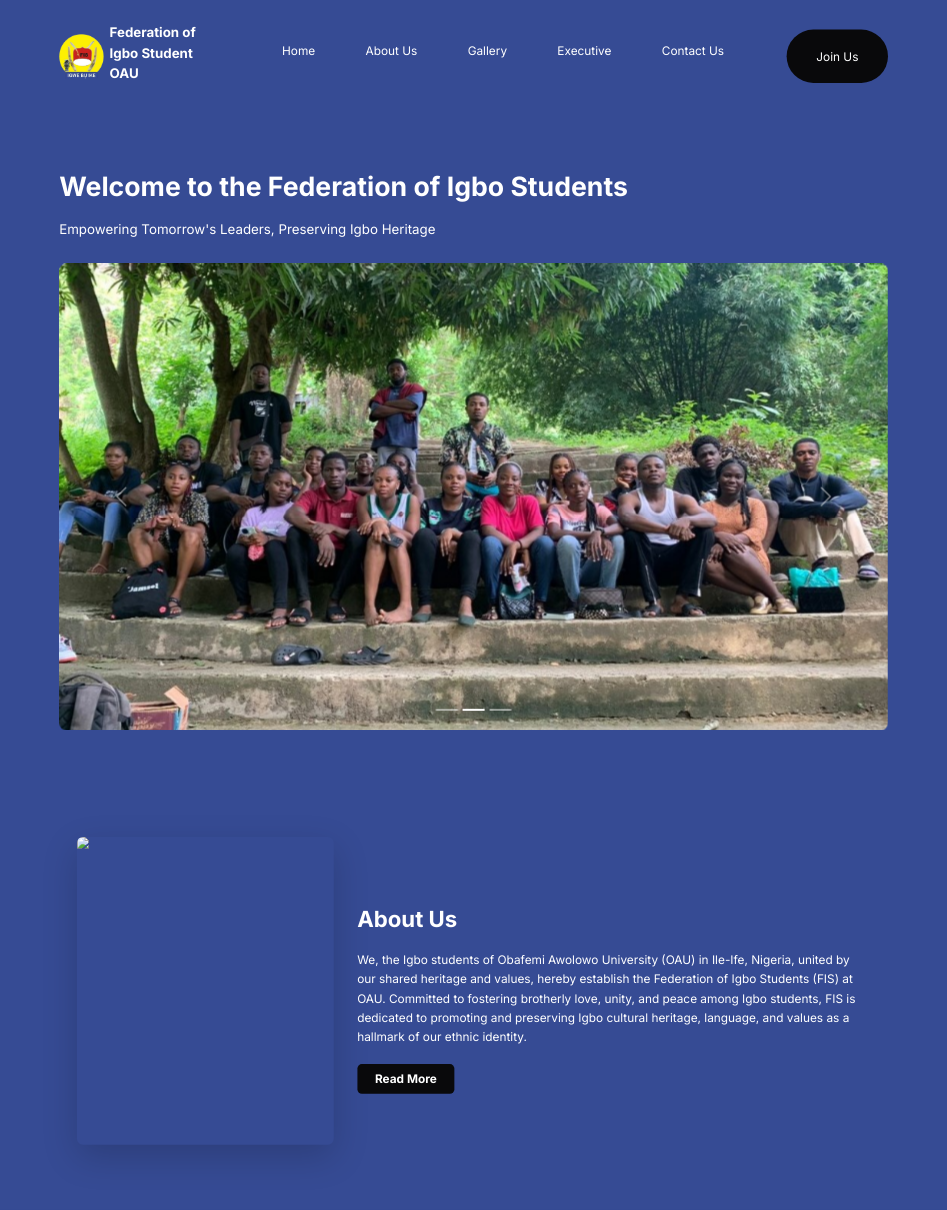
Repository: akinolapo/fis
Page: /
The author's editor kept a copy of each file at every save. The page is drawn from the files as they stood at one save, then again after a run of saves.
The browser window is 1280 px wide. The pictures show the whole page, at 74% of full size.
The project was rebuilt for these pictures with package versions that can differ from the ones it lists, and the page was loaded fresh each time. The framework's server and built-in components were replaced by stand-ins that run in the browser. Also part of the build but not shown: next.config.mjs.

Above is the page before, as saved 2024-05-05 16:18:31.

After the next 3 saves:
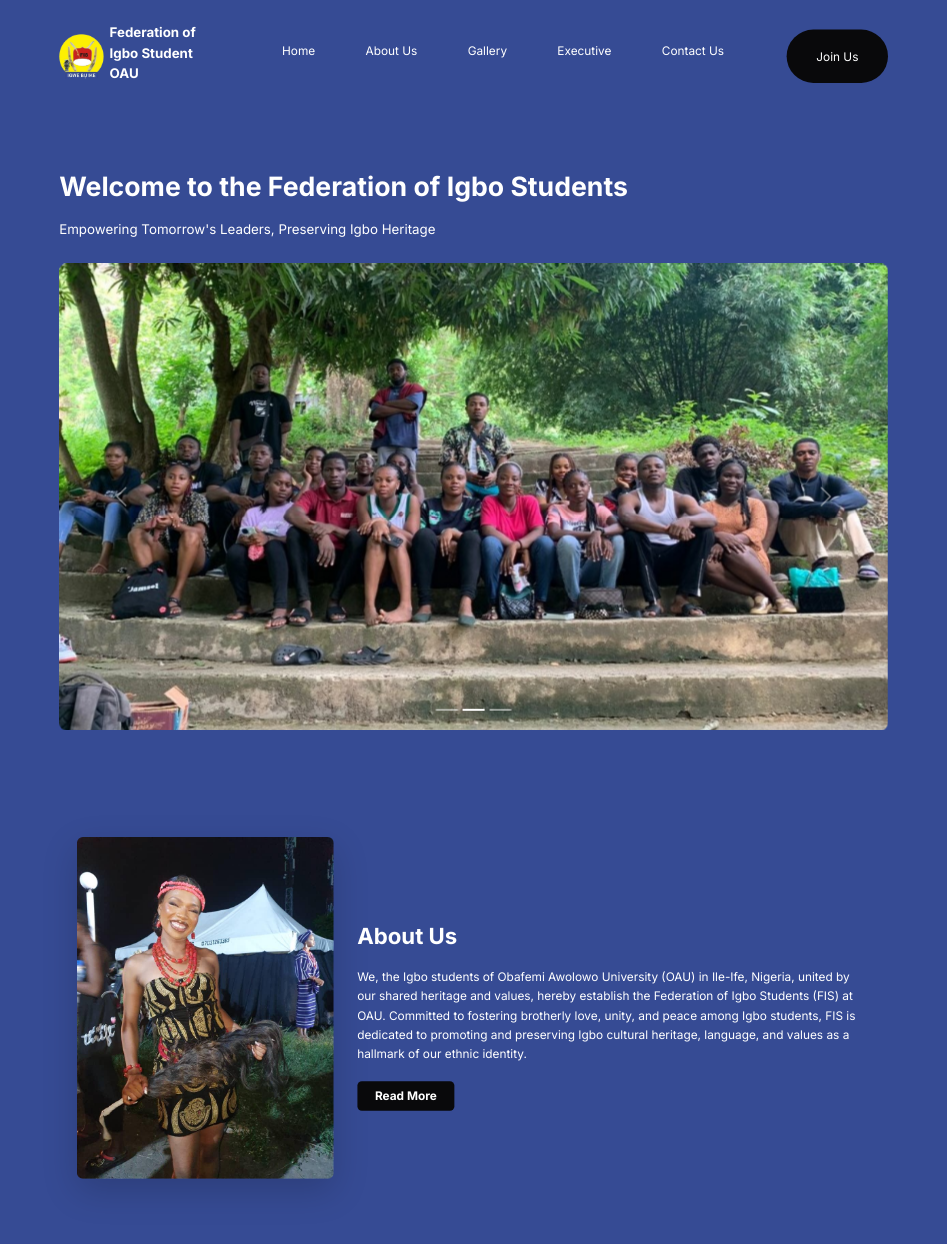
The 3 saves are shown as one change because they came seconds apart.
The last was saved 11 s later.
--- a/app/components/About/About.tsx
+++ b/app/components/About/About.tsx
@@ -6,7 +6,7 @@ const About = () => {
     <div className="flex flex-col md:flex-row items-center justify-center md:justify-start px-4 py-8 md:py-16">
       <div className="md:w-1/3 mr-0 md:mr-8 mb-4 md:mb-0">
         <Image
-          src="/"
+          src="/images/about.jpeg"
           alt="About Image"
           className="w-full h-auto rounded-lg shadow-lg"
           width={250}
